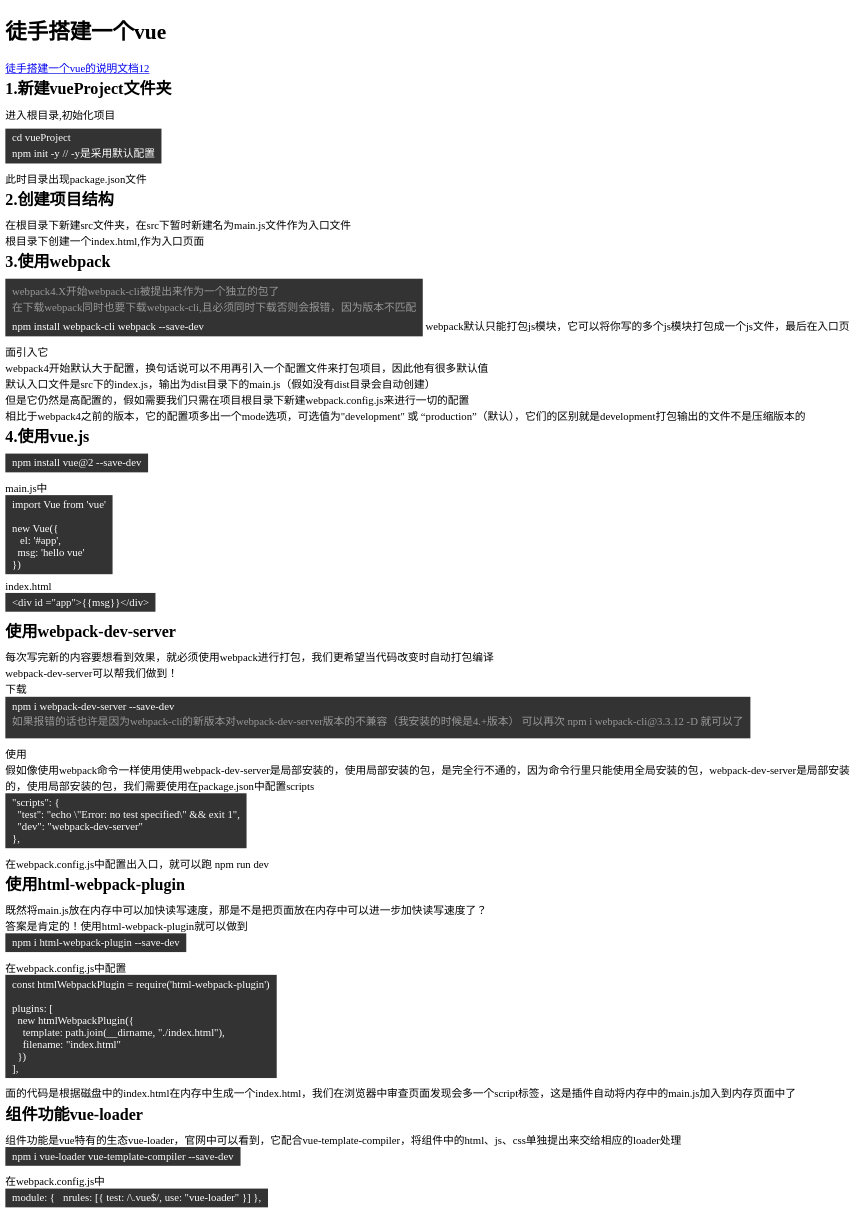
Repository: yuWhy/vue-build-cli
Page: /#/vueBuild
These files come from the project's save history. The page is drawn as it stood at one moment and after the next save; the edit follows.
The browser window is 1280 px wide. The pictures show the whole page, at 67% of full size.
The project was rebuilt for these pictures with package versions that can differ from the ones it lists, and the page was loaded fresh each time. Also part of the build but not shown: webpack.config.js, src/router/index.js.

Above is the page before, as saved 2021-02-19 17:06:02.

After the next save:
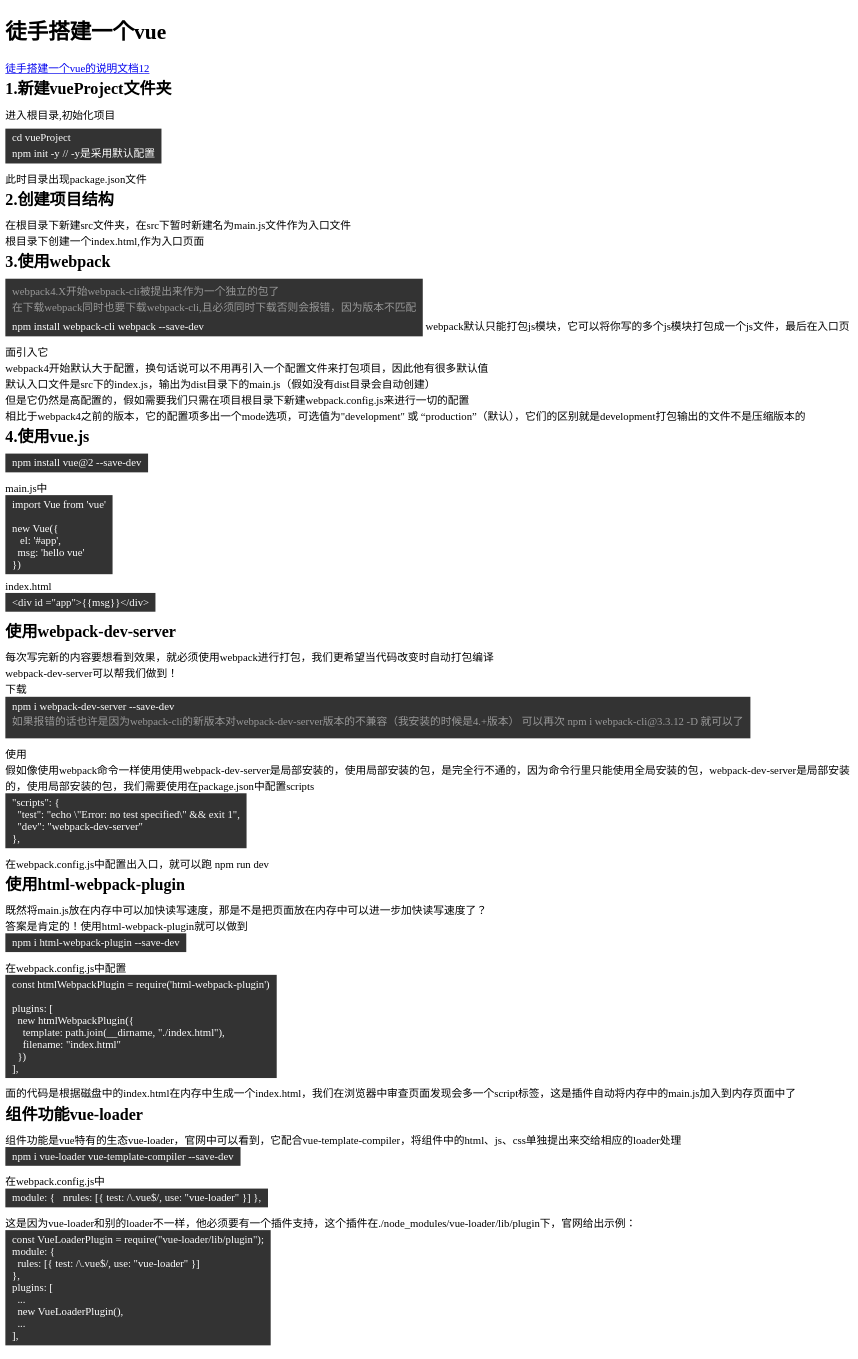
Saved 75 s later.
--- a/src/components/vue-build.vue
+++ b/src/components/vue-build.vue
@@ -76,6 +76,18 @@
       &nbsp;&nbsp;nrules: [{ test: /\.vue$/, use: "vue-loader" }]
     },
   </div><br>
+  这是因为vue-loader和别的loader不一样，他必须要有一个插件支持，这个插件在./node_modules/vue-loader/lib/plugin下，官网给出示例：<br>
+  <div class="dimk">
+    const VueLoaderPlugin = require("vue-loader/lib/plugin");<br>
+    module: {<br>
+      &nbsp;&nbsp;rules: [{ test: /\.vue$/, use: "vue-loader" }]<br>
+    },<br>
+    plugins: [<br>
+      &nbsp;&nbsp;...<br>
+      &nbsp;&nbsp;new VueLoaderPlugin(),<br>
+      &nbsp;&nbsp;...<br>
+    ],<br>
+    </div><br>
   </div>
 </template>
 <script>
